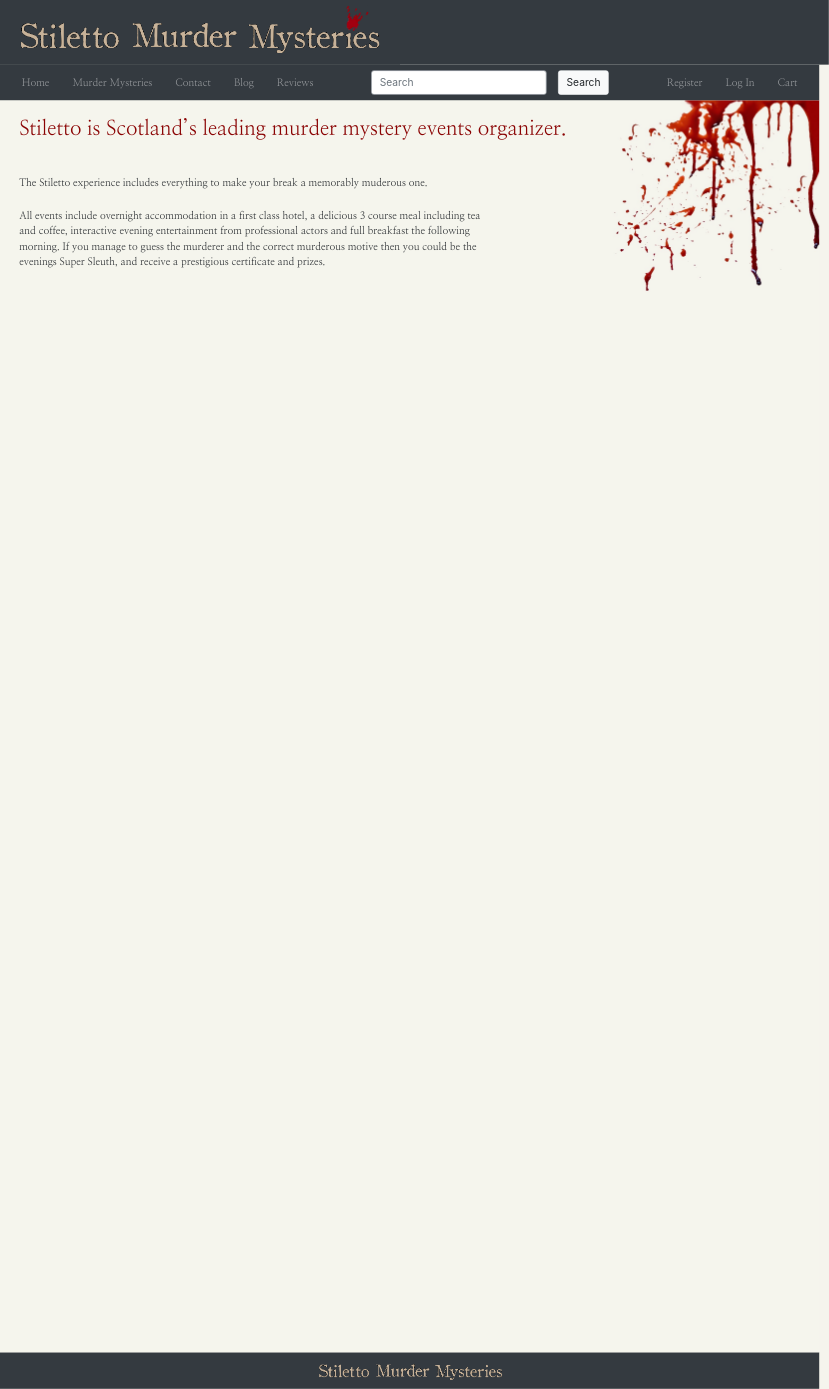
Repository: TaylorD1982/murder-milestone
Page: templates/base.html
The author's editor kept a record of every edit. The page is drawn from the files as they stood at one moment, then again after the next edit.
The browser window is 1280 px wide. The page is 1295 px wide, so the pictures cover 1295 px, including what lies to the right of the window. The pictures show the whole page, at 64% of full size.
Some icons come from a web library that is not loaded, so they are not drawn. Some web fonts or font styles are not loaded; a fallback is used. Some web libraries are served in a nearby version. The template is drawn by Django 2.2. The application's start-up code is not run. Other server files are loaded and not shown. The template is opened directly, without the code that normally fills it, so the values that code supplies are empty.

Above is the page before.
Console error (its wording comes from the project's code and is left out).

### templates/base.html
{% load staticfiles %}
<!DOCTYPE html>
<html lang="en">

<head>
    <meta charset="UTF-8">
    <meta name="viewport" content="width=device-width, initial-scale=1.0">
    <meta http-equiv="X-UA-Compatible" content="ie=edge">
    <title>Stiletto Murder Mysteries</title>
    <link rel="stylesheet" href="https://stackpath.bootstrapcdn.com/bootstrap/4.3.1/css/bootstrap.min.css" integrity="sha384-ggOyR0iXCbMQv3Xipma34MD+dH/1fQ784/j6cY/iJTQUOhcWr7x9JvoRxT2MZw1T" crossorigin="anonymous">
    <link rel="stylesheet" href="{% static 'font-awesome/css/font-awesome.min.css' %}">
    <link rel="stylesheet" href="{% static 'css/custom.css' %}">
    <script src="https://cdnjs.cloudflare.com/ajax/libs/twitter-bootstrap/3.3.7/js/bootstrap.min.js"></script>
    <script src="https://code.jquery.com/jquery-3.2.1.slim.min.js" integrity="sha384-KJ3o2DKtIkvYIK3UENzmM7KCkRr/rE9/Qpg6aAZGJwFDMVNA/GpGFF93hXpG5KkN" crossorigin="anonymous"></script>
    <script src="https://cdnjs.cloudflare.com/ajax/libs/popper.js/1.12.9/umd/popper.min.js" integrity="sha384-ApNbgh9B+Y1QKtv3Rn7W3mgPxhU9K/ScQsAP7hUibX39j7fakFPskvXusvfa0b4Q" crossorigin="anonymous"></script>
    <link rel="icon" href="{% static 'images/icon.png' %}">
    <script type="text/javascript" src="https://cdn.jsdelivr.net/npm/emailjs-com@2.3.2/dist/email.min.js"></script>
    <script type="text/javascript">
        (function() {
            emailjs.init("user_UbfQMZPiQGURDwMtv5SCI");
        })();
    </script>


    <link href="https://fonts.googleapis.com/css2?family=Italianno&display=swap" rel="stylesheet">
    <script src="https://kit.fontawesome.com/5336900852.js" crossorigin="anonymous"></script>
    <link href="https://fonts.googleapis.com/css?family=Nanum+Myeongjo&display=swap" rel="stylesheet"> {% block head_js %} {% endblock head_js %}
</head>

<body class="body">
    <div class="page">
        <div class="row banner">
            <div class="col-sm-12 col-md-12 col-lg-6 col-xl-6">
                <div>
                    <img width="100%" src="{% static 'images/banner-desktop-blood.png' %}" alt="Stiletto Murder Mysteries" class="mobileHide">
                </div>
                <div>
                    <img width="100%" src="{% static 'images/banner-mobile-blood.png' %}" alt="Stiletto Murder Mysteries" class="mobileShow">
                </div>
            </div>
            <div class="col-sm-12 col-md-12 col-lg-6 col-xl-6 banner-icons mobileHide">
                <div class="banner-contact">
                    <div>
                        <i class="fas fa-phone contact-navbar">&nbsp;&nbsp;01945 232300</i>
                    </div>
                    <div>
                        <i class="far fa-question-circle contact-navbar">&nbsp;&nbsp;stilettomurder@gmail.com</i>
                    </div>
                </div>
                <div class="banner-social-media">
                    <a href="https://facebook.com" target="_blank" class="fa fa-facebook"></a>
                    <a href="https://twitter.com" target="_blank" class="fa fa-twitter fa-large"></a>
                    <a href="https://instagram.com" target="_blank" class="fa fa-instagram fa-large"></a>
                </div>
            </div>
        </div>

        <!-- Fixed masthead -->

        <nav class="navbar navbar-expand-lg navbar-dark bg-dark">
            <button class="navbar-toggler mx-auto" type="button" data-toggle="collapse" data-target="#navbarNavAltMarkup" aria-controls="navbarNavAltMarkup" aria-expanded="false" aria-label="Toggle navigation">
    <span class="navbar-toggler-icon"></span>
  </button>
            <div class="collapse navbar-collapse" id="navbarNavAltMarkup">
                <ul class="navbar-nav mr-auto">
                    <li class="nav-item">
                        <a class="nav-link" href="/">Home</a>
                    </li>
                    <li class="nav-item">
                        <a class="nav-link" href="{% url 'products' %}">Murder Mysteries</a>
                    </li>
                    <li class="nav-item">
                        <a class="nav-link" href="{% url 'contact' %}">Contact</a>
                    </li>
                    <li class="nav-item">
                        <a class="nav-link" href="{% url 'get_posts' %}">Blog</a>
                    </li>
                    <li class="nav-item">
                        <a class="nav-link" href="{% url 'get_reviews' %}">Reviews</a>
                    </li>
                </ul>
                <form class="form-inline my-2 my-lg-0" action="{% url 'search' %}" method="get">
                    <input class="form-control search-box mr-sm-2" placeholder="Search" aria-label="Search" type="text" name="q">
                    <button class="btn btn-light my-2 my-sm-0" type="submit">Search</button>
                </form>
                <ul class="navbar-nav ml-auto">
                    {% if user.is_authenticated %}
                    <li class="nav-item">
                        <a class="nav-link" href="{% url 'profile' %}">Profile</a>
                    </li>
                    <li class="nav-item">
                        <a class="nav-link" href="{% url 'logout' %}">Log Out</a>
                    </li>
                    {% else %}
                    <li class="nav-item">
                        <a class="nav-link" href="{% url 'registration' %}">Register</a>
                    </li>
                    <li class="nav-item">
                        <a class="nav-link" href="{% url 'login' %}">Log In</a>
                    </li>
                    {% endif %}
                    <li class="nav-item">
                        <a class="nav-link" href="{% url 'view_cart' %}">
                        <i class="fa fa-shipping-cart"></i>Cart
                        {% if product_count > 0 %}
                        <label class="badge badge-warning">{{ product_count }}</label>
                        {% endif %}
                    </a>
                    </li>
                </ul>
            </div>
        </nav>
        {% if messages %}
        <div class="alert alert-success" role="alert">
            {% for message in messages %} {{ message }} {% endfor %}
        </div>
        {% endif %}
        <div class="home">
            {% block content %}

            <img width="100%" src="{% static 'images/haunted-house-desktop.jpeg' %}" alt="Football League" class="mobileHide">
            <img width="100%" src="{% static 'images/haunted-house-mobile.png' %}" alt="Football League" class="mobileShow">
            <div class="top-left">
                <h1 class="home-text">Stiletto is Scotland’s leading murder mystery events organizer.</h1>
                <p class="home-content">The Stiletto experience includes everything to make your break a memorably muderous one.</p>
                <p class="home-content">All events include overnight accommodation in a first class hotel, a delicious 3 course meal including tea and coffee, interactive evening entertainment from professional actors and full breakfast the following morning. If you manage to
                    guess the murderer and the correct murderous motive then you could be the evenings Super Sleuth, and receive a prestigious certificate and prizes.</p>
            </div>


            {% endblock %}
    </div>
    </div>
    <footer class="footer">
        <div>
            <img width="100%" src="{% static 'images/footer-desktop.png' %}" alt="Stiletto Murder Mysteries">
        </div>
    </footer>

    <script src="https://code.jquery.com/jquery-3.3.1.slim.min.js" integrity="sha384-q8i/X+965DzO0rT7abK41JStQIAqVgRVzpbzo5smXKp4YfRvH+8abtTE1Pi6jizo" crossorigin="anonymous"></script>
    <script src="https://cdnjs.cloudflare.com/ajax/libs/popper.js/1.14.7/umd/popper.min.js" integrity="sha384-UO2eT0CpHqdSJQ6hJty5KVphtPhzWj9WO1clHTMGa3JDZwrnQq4sF86dIHNDz0W1" crossorigin="anonymous"></script>
    <script src="https://stackpath.bootstrapcdn.com/bootstrap/4.3.1/js/bootstrap.min.js" integrity="sha384-JjSmVgyd0p3pXB1rRibZUAYoIIy6OrQ6VrjIEaFf/nJGzIxFDsf4x0xIM+B07jRM" crossorigin="anonymous"></script>
</body>

</html>

### static/css/custom.css
.body {
    background-color: #f5f4ed;
}


/*-------------------------Navigation Bar--------*/

.navbar-nav {
  font-family: 'Nanum Myeongjo', serif;
  font-size: 1.25em;
 }

.nav-item {
  padding-left: 10px;
  padding-right: 10px;
 }

@media only screen and (min-device-width: 0px) and (max-device-width: 1000px) {
 .navbar-nav {
  font-family: 'Nanum Myeongjo', serif;
  font-size: 1em;
 }}

.fa {
    color: #C7B299;
    font-size: 1em;
    transition: transform .2s;
    margin: 0 auto;
}

.search-box {
    width: 230px;
}

.btn {
    margin-left: 10px;
}

.btn-outline-dark {
    margin-left: 0px;
}

/*-------------Products Page--------*/

.product-name {
    font-family: 'Italianno', cursive;
    color: #8a0303;
    font-size: 4em;
}

.product-description {
    font-family: 'Nanum Myeongjo', serif;
    font-size: 1.25em;
}

.modal-description {
    font-family: 'Nanum Myeongjo', serif;
    font-size: 1.1em;
}

@media only screen and (min-device-width: 0px) and (max-device-width: 1000px) {
.product-image {
    padding-bottom: 20px;
    padding-left: 50px;
    padding-right: 50px;
}}

@media only screen and (min-device-width: 0px) and (max-device-width: 1000px) {
.product-description {
    font-family: 'Nanum Myeongjo', serif;
    font-size: 1.1em;
}}

.products {
    padding-top: 30px;
}

@media only screen and (min-device-width: 0px) and (max-device-width: 1000px) {
.products {
    padding-top: 5px;
}}

/*-------------Banner Formatting--------*/

.banner-icons {
    position: relative;
}

.banner-social-media {
    position: absolute;
    bottom: 10px;
    right: 50px;
}

.banner-contact {
    position: absolute;
    bottom: 50px;
    right: 50px;
}

.banner {
    background-color: #343A40;
}

.contact-navbar {
  font-family: 'Nanum Myeongjo', serif;
  font-size: 1em;
  float: right;
  color: #C7B299;
  padding-top: 5px;
  padding-bottom: 10px;
}


/*-------------------------contact page-------*/

.contact {
    padding-top: 50px;
    padding-bottom: 15px;
}

@media only screen and (min-device-width: 0px) and (max-device-width: 1000px) {
.contact {
    padding-top: 10px;
    padding-bottom: 10px;
}}

.form-group {
    padding-right: 7px;
}

.contact-title {
    font-family: 'Italianno', cursive;
    color: #8a0303;
    font-size: 4em;
    padding-bottom: 20px;
}

@media only screen and (min-device-width: 0px) and (max-device-width: 1000px) {
.contact-title {
    font-family: 'Italianno', cursive;
    font-size: 4em;
    padding-bottom: 20px;
}}

.contact-heading {
  font-family: 'Nanum Myeongjo', serif;
  font-size: 1.5em;
  color: #8a0303
}

.contact-content {
  font-family: 'Nanum Myeongjo', serif;
  font-size: 1.3em;
  padding-bottom: 30px;
}

@media only screen and (min-device-width: 0px) and (max-device-width: 1000px) {
.contact-content {
  font-family: 'Nanum Myeongjo', serif;
  font-size: 1.3em;
  padding-bottom: 10px;
}}

.contact-instruction {
  font-family: 'Nanum Myeongjo', serif;
  font-size: 1.3em;
  padding-bottom: 30px;
}

@media only screen and (min-device-width: 0px) and (max-device-width: 1000px) {
.contact-instruction {
  padding-top: 15px;
}}

.fa:hover {
  -ms-transform: scale(1.1); /* IE 9 */
  -webkit-transform: scale(1.1); /* Safari 3-8 */
  transform: scale(1.1);
  color:black;
  text-decoration: none;
}

/*-------------------------cart page-------*/

.empty {
    padding-top: 50px;
}

.cart {
    padding-top: 50px;
}



@media only screen and (min-device-width: 0px) and (max-device-width: 1000px) {
.cart {
    padding-top: 10px;
    padding-bottom: 10px;
}}

.cart-details{
    font-family: 'Nanum Myeongjo', serif;
    font-size: 1.3em;
    padding-bottom: 30px;
}

.cart-title {
    font-family: 'Italianno', cursive;
    color: #8a0303;
    font-size: 4em;
    padding-bottom: 20px;
}

/*-------------------------Log In page-------*/

.login-form {
    padding-right: 155px;
    padding-left: 155px;

}

@media only screen and (min-device-width: 0px) and (max-device-width: 1000px) {
.login-form {
    padding-right: 15px;
    padding-left: 15px;
}}

.login-box {
    padding-top: 130px;
    padding-bottom: 100px;
}

@media only screen and (min-device-width: 0px) and (max-device-width: 1000px) {
.login-box {
    padding-top: 50px;
    padding-bottom: 15px;
}}

/*---------Landing page formatting-------*/

.home {
    position: relative;
}

.messages {
    position:absolute;
    top:10px;
    left: 10px;
    z-index: 1;
    background-color: #39e600;
    font-family: 'Italianno', cursive;
    font-size: 2em;
    padding-bottom: 30px;

}

.input-group {
    margin-right: 10px;
}

.top-left {
  position: absolute;
  top: 80px;
  left: 30px;
}

@media only screen and (min-device-width: 0px) and (max-device-width: 1000px) {
.top-left {
  position: absolute;
  top: 25px;
  left: 30px;
}}

.home-text {
  font-family: 'Italianno', cursive;
  color: #8a0303;
  font-size: 3.5em;
}

@media only screen and (min-device-width: 401px) and (max-device-width: 1000px) {
.home-text {
  font-family: 'Nanum Myeongjo', cursive;
  color: #8a0303;
  font-size: 2em;
  padding-bottom: 35px;
  width: 75%;
}}

@media only screen and (min-device-width: 0px) and (max-device-width: 400px) {
.home-text {
  font-family: 'Nanum Myeongjo', cursive;
  color: #8a0303;
  font-size: 2em;
  padding-bottom: 35px;
  width: 65%;
}}

.home-content {
  font-family: 'Nanum Myeongjo', serif;
  font-size: 1.3em;
  padding-bottom: 1px;
  padding-top: 10px;
  width: 60%;
}

@media only screen and (min-device-width: 0px) and (max-device-width: 1000px) {
.home-content {
  font-family: 'Nanum Myeongjo', serif;
  font-size: 1em;
  padding-bottom: 1px;
  padding-top: 10px;
}}

/*---------------Reviews page-------*/

.review-box {
    padding-top: 50px;
    padding-bottom: 15px;
}

@media only screen and (min-device-width: 0px) and (max-device-width: 1000px) {
.review-box {
    padding-top: 55px;
    padding-bottom: 15px;
}}

.post-review {
    position:absolute;
    top:20px;
    right: 50px;
}

@media only screen and (min-device-width: 0px) and (max-device-width: 1000px) {
.post-review {
    position:absolute;
    top: 5px;
    right: 8px;
}}

.review-title {
    font-family: 'Italianno', cursive;
    color: #8a0303;
    font-size: 3em;
}

.review-content {
  font-family: 'Nanum Myeongjo', serif;
  font-size: 1.3em;
  padding-bottom: 1px;
  padding-top: 10px;
}

.review-by {
  font-family: 'Nanum Myeongjo', serif;
  font-size: 1em;
  padding-bottom: 1px;
  padding-top: 10px;
}

/*---------------Blog page-------*/

.blog {
    padding-top: 50px;
}

@media only screen and (min-device-width: 0px) and (max-device-width: 1000px) {
.blog {
    padding-top: 10px;
    padding-bottom: 10px;
}}

.blog-title {
    font-family: 'Italianno', cursive;
    color: #8a0303;
    font-size: 3em;
}

.blog-content {
  font-family: 'Nanum Myeongjo', serif;
  font-size: 1.3em;
  padding-bottom: 1px;
  padding-top: 10px;
}

.blog-info {
  font-family: 'Nanum Myeongjo', serif;
  font-size: 1em;
  padding-bottom: 1px;
  padding-top: 10px;
}

/*---------------Hiding and resizing on different screen sizes-------*/

 .mobileShow {
  display: none;
 }

 @media only screen and (min-device-width: 0px) and (max-device-width: 1000px) {
  .mobileShow {
   display: inline;
  }
 }

 .mobileHide {
  display: inline;
 }

 @media only screen and (min-device-width: 0px) and (max-device-width: 1000px) {
  .mobileHide {
   display: none;
  }
 }

.modal-header {
    padding-bottom: 0px;
    border-bottom: white;
}

.modal-title {
    text-align: center;
}

html, body {
  height: 100%;
}
body {
  display: flex;
  flex-direction: column;
}
.page{
  flex: 1 0 auto;
}
.footer {
  flex-shrink: 0;
}

/*---------------Checkout-------*/

.checkout {
    padding-top: 50px;
    padding-bottom: 15px;
}


@media only screen and (min-device-width: 0px) and (max-device-width: 1000px) {
.checkout {
    padding-top: 55px;
    padding-bottom: 15px;
}}

.checkout-title {
    color: #8a0303;
    font-family: 'Italianno', cursive;
    font-size: 3em;
    padding-top: 5px;
}

.checkout-payment {
    color: #8a0303;
    font-family: 'Italianno', cursive;
    font-size: 3em;
}

.checkout-details {
    font-family: 'Nanum Myeongjo', serif;
    font-size: 1.3em;
}

.checkout-container {
    padding-left: 50px;
    padding-right: 50px;
}

.checkout-form {
    margin-bottom: 0px;
}

.alert {
    margin-bottom: 0rem;
}

.stars {
    color: #DAA520;
    font-size: 1.3em;
}

.quote {
    font-size: 4em;
    color: #8a0303;
}

Loaded but not shown: static/font-awesome/css/font-awesome.min.css (library)

After the next edit:
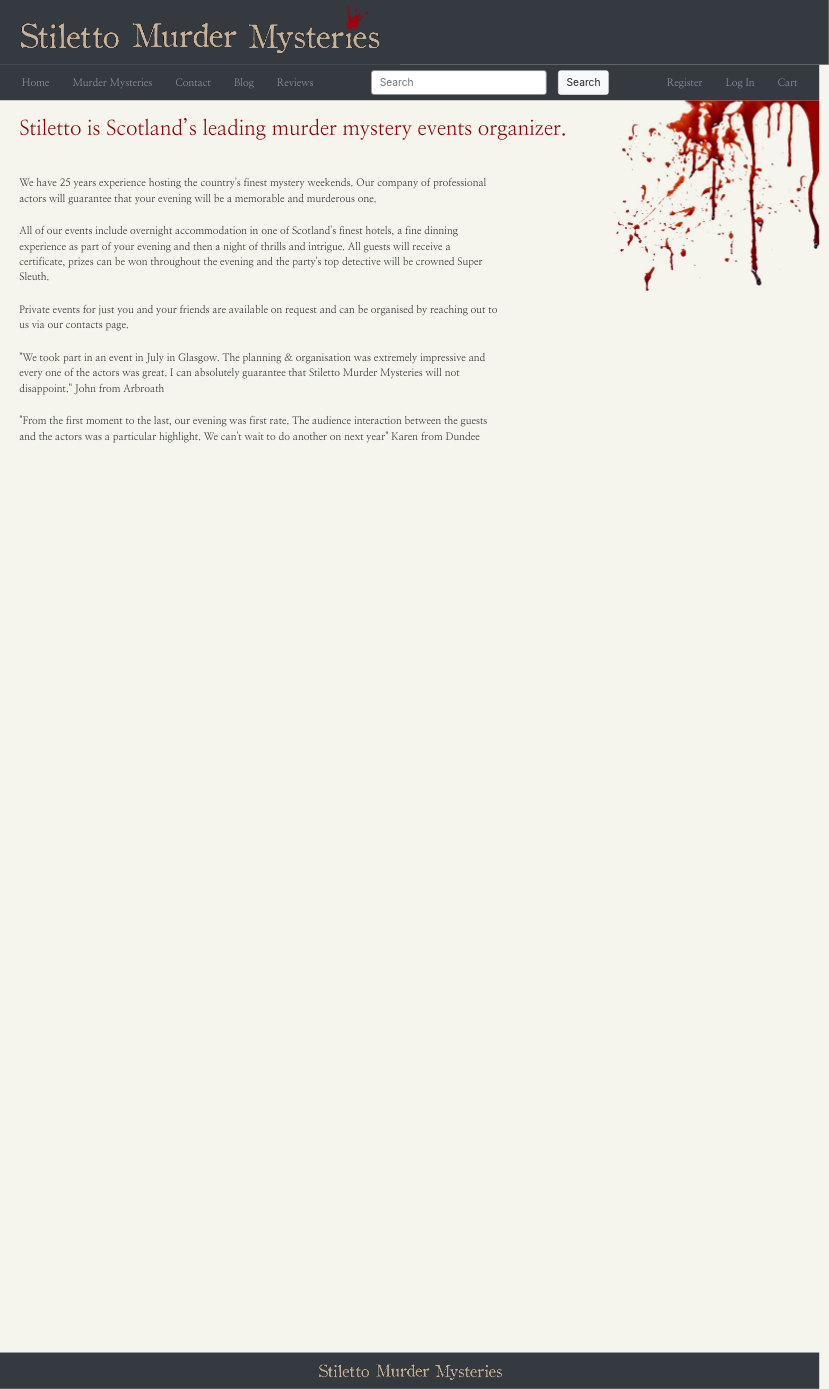
The edit:
--- a/templates/base.html
+++ b/templates/base.html
@@ -122,9 +122,18 @@
             <img width="100%" src="{% static 'images/haunted-house-mobile.png' %}" alt="Football League" class="mobileShow">
             <div class="top-left">
                 <h1 class="home-text">Stiletto is Scotland’s leading murder mystery events organizer.</h1>
-                <p class="home-content">The Stiletto experience includes everything to make your break a memorably muderous one.</p>
-                <p class="home-content">All events include overnight accommodation in a first class hotel, a delicious 3 course meal including tea and coffee, interactive evening entertainment from professional actors and full breakfast the following morning. If you manage to
-                    guess the murderer and the correct murderous motive then you could be the evenings Super Sleuth, and receive a prestigious certificate and prizes.</p>
+                <p class="home-content">We have 25 years experience hosting the country's finest mystery weekends.
+                Our company of professional actors will guarantee that your evening will be a memorable and murderous one.</p>
+                <p class="home-content">All of our events include overnight accommodation in one of Scotland's finest hotels, a
+                fine dinning experience as part of your evening and then a night of thrills and intrigue. All guests will receive
+                a certificate, prizes can be won throughout the evening and the party's top detective will be crowned Super Sleuth.</p>
+                <p class="home-content">Private events for just you and your friends are available on request and can be organised
+                by reaching out to us via our contacts page.</p>
+                <p class="home-content">"We took part in an event in July in Glasgow.  The planning & organisation was extremely
+                impressive and every one of the actors was great. I can absolutely guarantee that Stiletto Murder Mysteries will not
+                disappoint." John from Arbroath</p>
+                <p class="home-content">"From the first moment to the last, our evening was first rate. The audience interaction
+                between the guests and the actors was a particular highlight. We can't wait to do another on next year" Karen from Dundee</p>
             </div>
 
 
